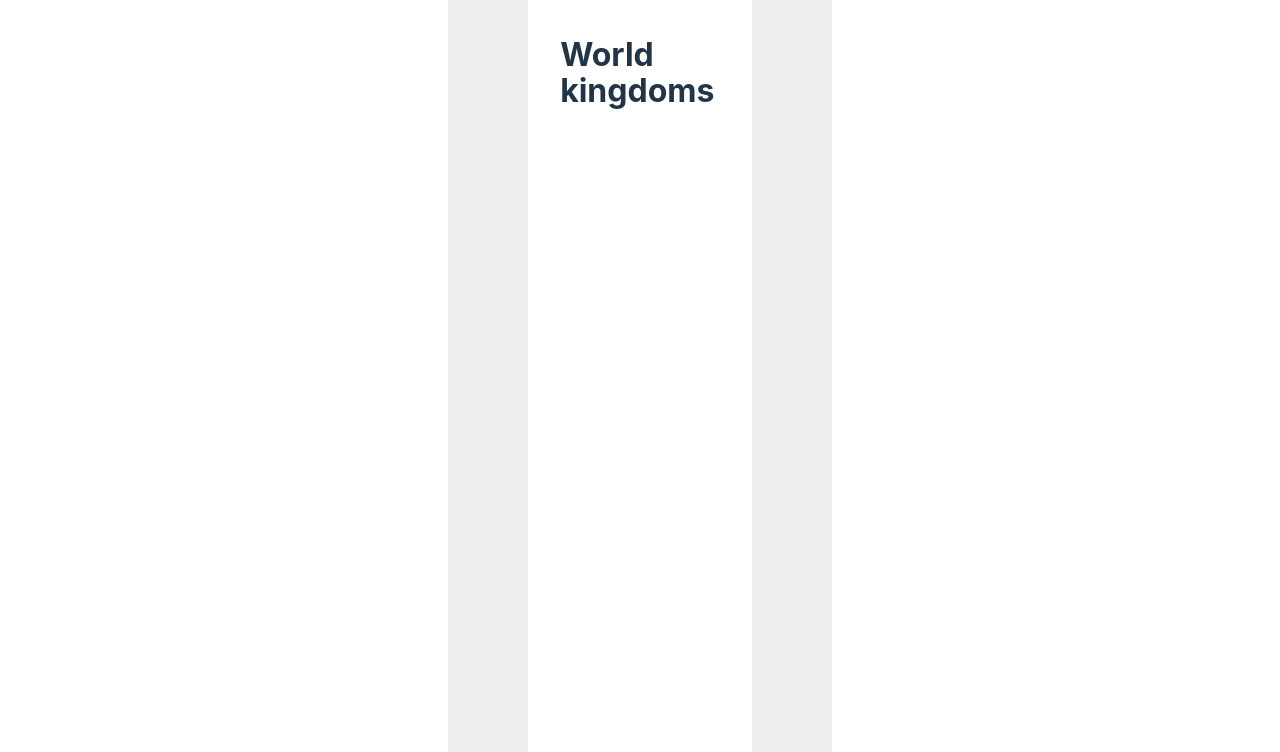
Repository: SamanthaYan298/my_world_kingdoms
Page: /
The author's editor kept a copy of each file at every save. The page is drawn from the files as they stood at one save, then again after the next save.
The browser window is 1280 px wide. The pictures show the whole page.
The page's requests for data from a server got no answer. The project was rebuilt for these pictures with package versions that can differ from the ones it lists, and the page was loaded fresh each time. No one was signed in, and anything a server would have sent is missing. Also part of the build but not shown: vite.config.js.

Above is the page before, as saved 2024-11-20 18:01:53.

### src/App.jsx
import { useEffect, useState } from 'react'
import './App.css'
import Countries from '../components/Countries';

function App() {

  const [query, setQuery] = useState('');
  const [countries, setCountries] = useState([]);
  const [fetchStatus, setFetchStatus] = useState('idle');

  // load data on mount - only load once
  useEffect(() => {
    const url = ` https://restcountries.com/v3.1/name/kingdom`;

    async function fetchData() {
      let response, data;
      try{
        setFetchStatus('loading');
        response = await fetch(url);
        data = await response.json();
        setCountries(data);
        setFetchStatus('idle');
      } catch(e) {
        setFetchStatus('error');
        console.error(e.message);
      }
    }

    fetchData();

  }, [query]);

  let filteredCountries = [...countries];

  return (
    <>
    <div className='countries'>
      <h1>World kingdoms</h1>
      <Countries countries={filteredCountries} />
    </div>

    </>
  )
}

export default App

### src/App.css
#root {
  max-width: 1280px;
  margin: 0 auto;
  padding: 0 2rem;
  text-align: center;
  background: #eee;
}

h1 {
  display: block;
  font-size: 2em;
  margin-block-start: 0.67em;
  margin-block-end: 0.67em;
  margin-inline-start: 0px;
  margin-inline-end: 0px;
  font-weight: bold;
  unicode-bidi: isolate;
  text-align: left;
}

.countries {
  width: 50%;
  background: #fff;
  margin: 0 auto;
  padding: 1em 2em;
  height: 100vh;
}

img {
  width: 50%;
}

### components/Countries.jsx
import '../src/App.css'

function Countries({ countries }) {

    return (
      <div className='outer-container'>
        {countries.map((country, index) => (
            <div key={index} className='cards-container'>
              <div className='cards'>
                <div className='cards-header'>
                  <div>
                    <img src={country.flags.png} alt={`Flag of ${country.name.common}`} />
                  </div>
                  <h4 className='name'>{country.name.common}</h4>
                </div>
                <div>
                  <div className='country-info'>
                    <p>
                      <span><strong>Capital: </strong></span>
                      <span>{country.capital}</span>
                    </p>
                    <p>
                      <span><strong>Location in: </strong></span>
                      <span className='borders'>{country.subregion}</span>
                    </p>
                  </div>
                </div>
              </div>
            </div>
          ))}
      </div>
    );
  }

  export default Countries;

Loaded but not shown: index.html (common file); src/main.jsx (common file); src/index.css (common file)

After the next save:
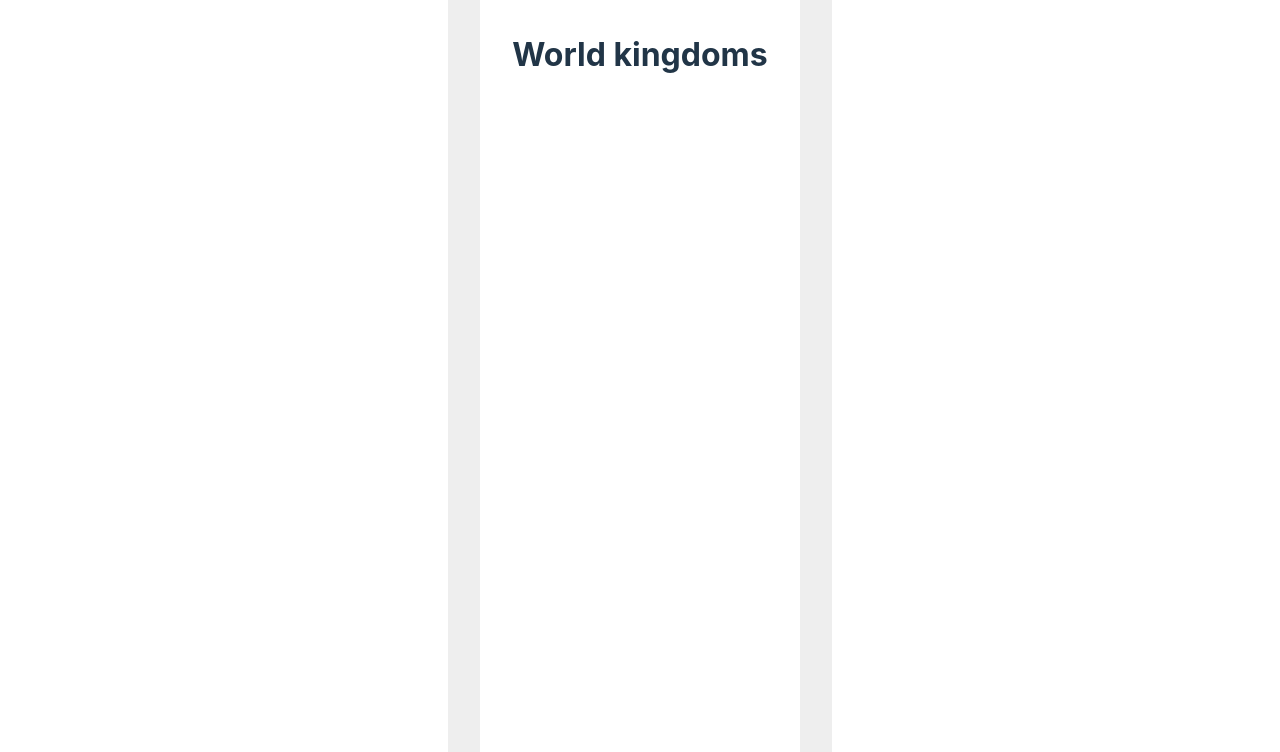
Saved 50 s later.
--- a/src/App.css
+++ b/src/App.css
@@ -19,7 +19,7 @@ h1 {
 }
 
 .countries {
-  width: 50%;
+  width: 80%;
   background: #fff;
   margin: 0 auto;
   padding: 1em 2em;
